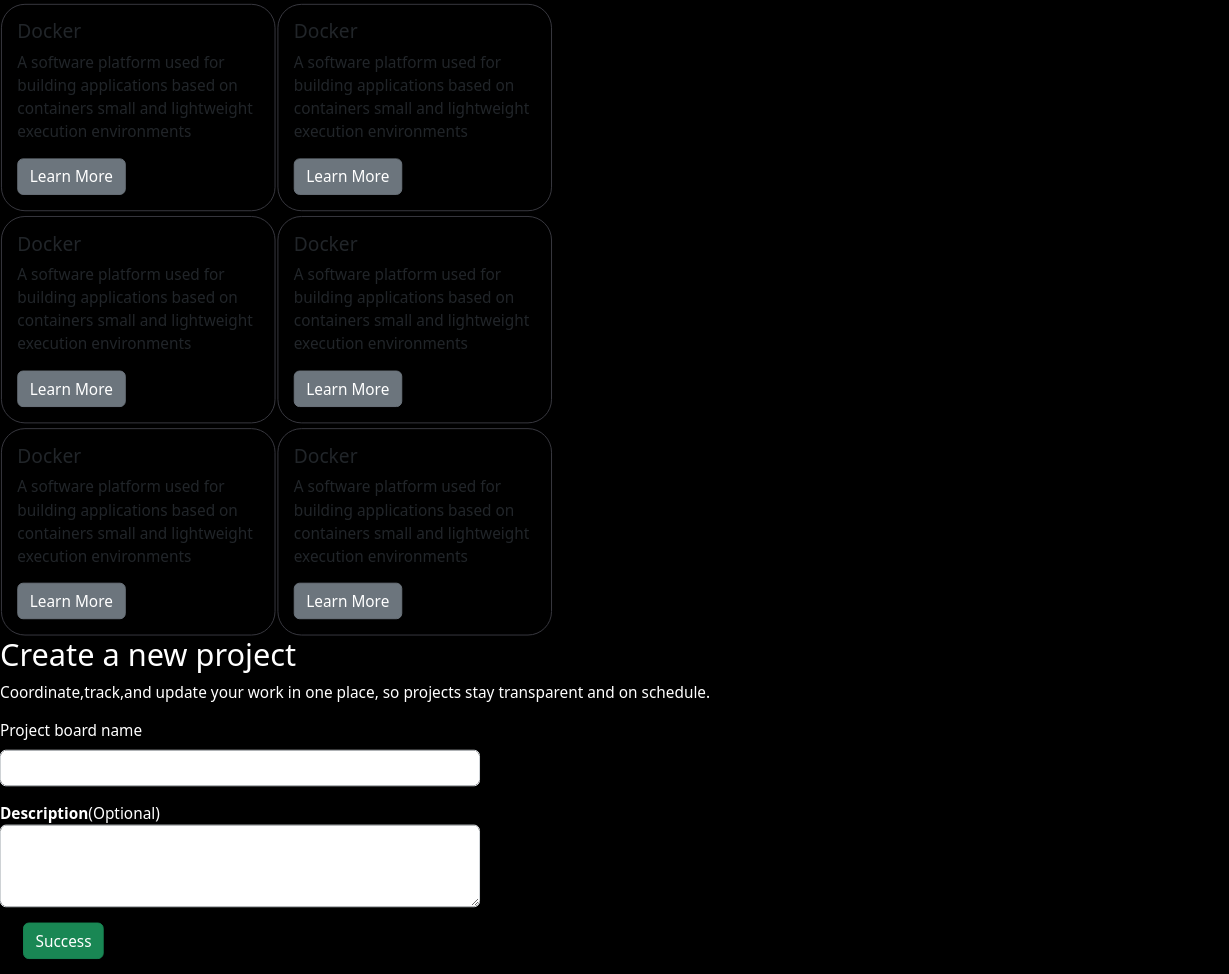
Repository: NSS-Evening-25-Cohort/e25-gitsub-control-alt-defeat
Page: index.html
These files come from the project's save history. The page is drawn as it stood at one moment and after the next save; the edit follows.
The browser window is 1280 px wide. The pictures show the whole page, at 96% of full size.

Above is the page before, as saved 2023-11-07 19:19:29.

### index.html
<!DOCTYPE html>
<html lang="en">
  <head>
    <meta charset="UTF-8" />
    <meta name="viewport" content="width=device-width, initial-scale=1.0" />
    <link
      rel="stylesheet"
      href="https://cdn.jsdelivr.net/npm/bootstrap@5.3.2/dist/css/bootstrap.min.css"
    />
    <link rel="stylesheet" href="main.css" />
    <title>Document</title>
  </head>
  <body>
    <div id="app2"></div>
    <div id="app1"></div>
    <script src="	https://cdn.jsdelivr.net/npm/bootstrap@5.3.2/dist/js/bootstrap.bundle.min.js"></script>
    <div class="packageHeader"><h2>Create a new project</h2>
      <p>Coordinate,track,and update your work in one place, so projects stay transparent and on schedule.</p>
    </div>

    <form>
        <div class="mb-3">
        <label for="exampleInputEmail1" class="form-label" id="boardName">Project board name</label>
        <input type="text" class="form-control" class="packageForm" id="projectBoardName" aria-describedby="emailHelp">
      </div>
      <div class="form-group mb-3">
        <label for="exampleFormControlTextarea1" id="descriptionName" class="packageForm"><B>Description</B>(Optional)</label>
        <textarea class="form-control" id="projectDescription" rows="3"></textarea>
      </div>
      </div>
      <div class="mb-3 form-check">
        <button type="submit" class="btn btn-success">Success</button>
    </form>

    <script src="main.js"></script>

  </body>
</html>

### main.css
body {
  background-color: black;
}

#app1{
  flex-wrap: wrap;
  display: flex;
  width: 700px;
}

.mb-3{
  width:500px;
  color: white;
}

.packageHeader{
  color:white;
}

.card-body{
  border: solid rgb(58, 58, 65) 1px;
  border-radius: 25px;
  background-color:black;
}

.card{
  background-color:black;
  padding-left: auto;
  padding-top: 3px;
}

### main.js
const packageCards =[
  {
    id: 1,
    name: "Docker",
    info: "A software platform used for building applications based on containers small and lightweight execution environments",
  },
  {
    id: 2,
    name: "Docker",
    info: "A software platform used for building applications based on containers small and lightweight execution environments"
  },
  {
    id: 3,
    name: "Docker",
    info: "A software platform used for building applications based on containers small and lightweight execution environments"
  },
  {
    id: 4,
    img: "image",
    name: "Docker",
    info: "A software platform used for building applications based on containers small and lightweight execution environments"
  },
  {
    id: 5,
    imageURL: "https://www.google.com/url?sa=i&url=https%3A%2F%2Fwww.creativebloq.com%2Fnews%2Ftwitter-logo-history&psig=AOvVaw3y8LYKl_CxiwL2W_oTsGUa&ust=1699413723681000&source=images&cd=vfe&ved=0CBEQjRxqFwoTCKD7mcz3sIIDFQAAAAAdAAAAABAE",
    name: "Docker",
    info: "A software platform used for building applications based on containers small and lightweight execution environments"
  },
  {
    id: 6,
    name: "Docker",
    info: "A software platform used for building applications based on containers small and lightweight execution environments"
  },
];

const app1 = document.querySelector("#app1");
const app2 = document.querySelector("#app2");

const renderToDom = (packageCards) =>{

  let domString = "";

  for(let card of packageCards){
    domString += `<div class="card" style="width: 18rem;">
    <div class="card-body">
      <h5>${card.name}</h5>
      <p class="card-text">${card.info}</p>
      <button type="button" class="btn btn-secondary">Learn More</button>
    </div>
  </div>`
  }
  const app1 = document.querySelector("#app1")
  app1.innerHTML = domString
}
renderToDom(packageCards)


const form = document.querySelector("form");

const createPackage = (event) =>{
  event.preventDefault();

  const newPackage = {
    id: packageCards.length +1,
    name: document.querySelector("#projectBoardName").value,
    info: document.querySelector("#projectDescription").value,
  }
  packageCards.push(newPackage);
  renderToDom(packageCards);
  form.reset();
}
form.addEventListener("submit", createPackage)

After the next save:
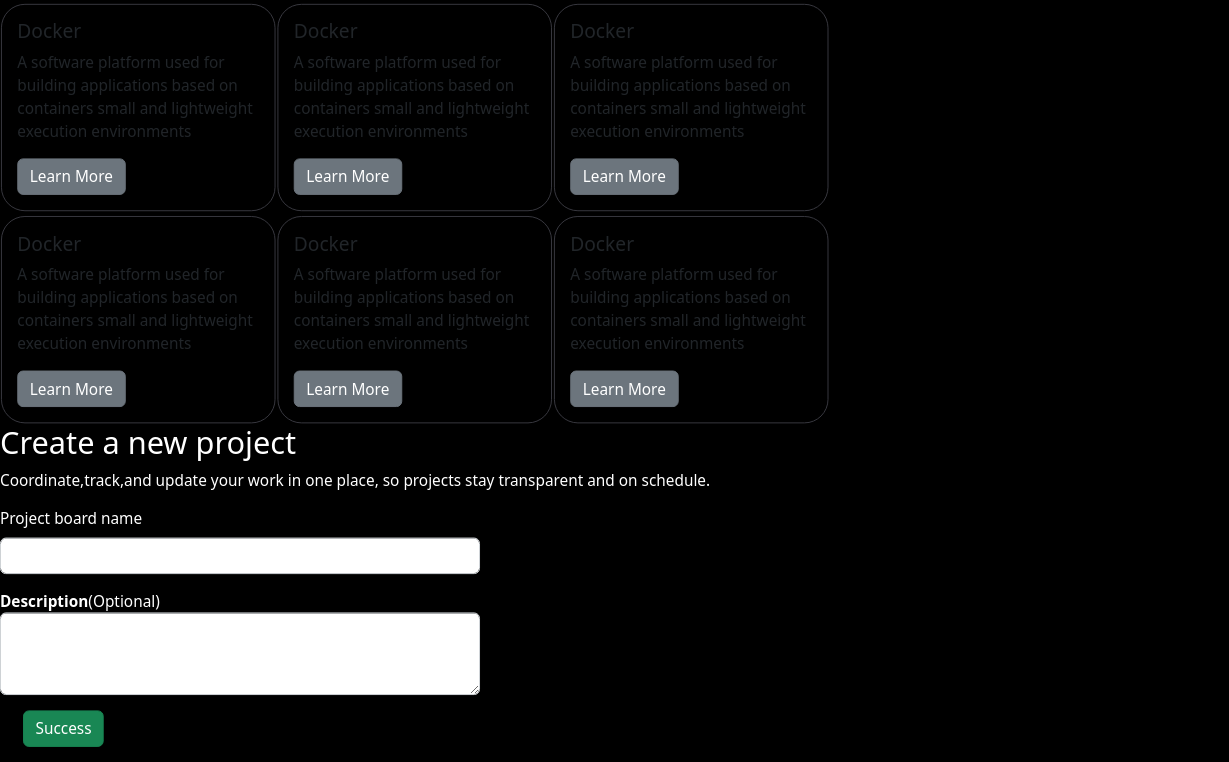
Saved 9 s later.
--- a/main.css
+++ b/main.css
@@ -5,7 +5,7 @@
 #app1{
   flex-wrap: wrap;
   display: flex;
-  width: 700px;
+  width: 900px;
 }
 
 .mb-3{
